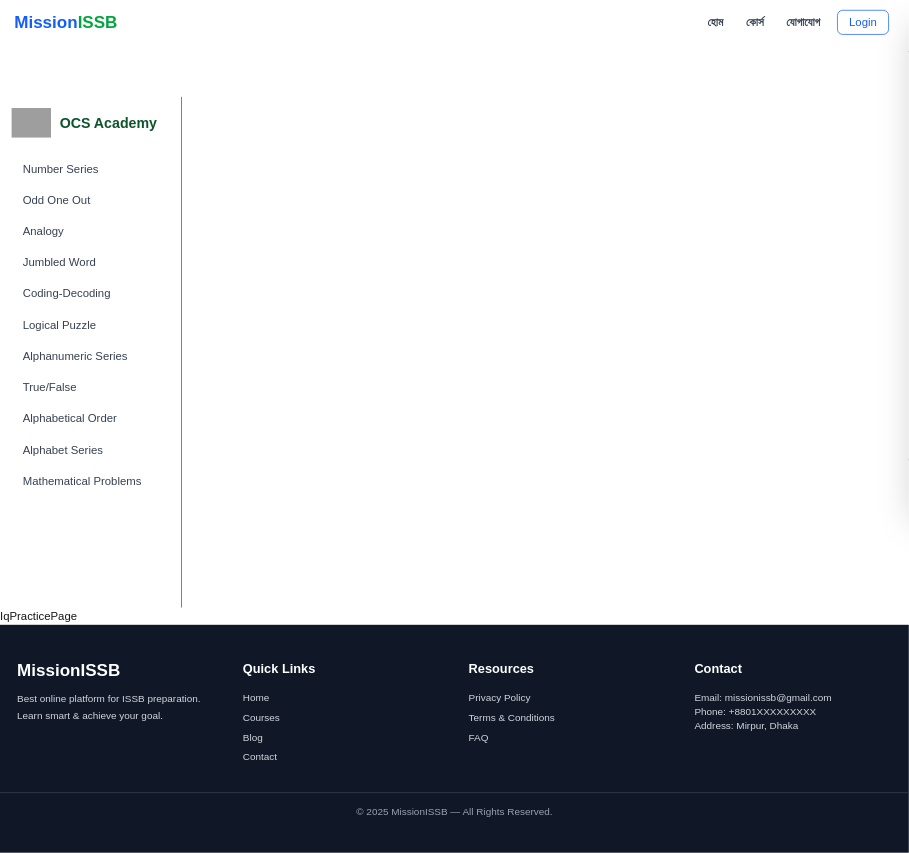
Repository: mdmuhibullahhabib/missionissb
Page: /issb/iq-practice
An editor plug-in stored every save of this project. The page is shown before and after a run of saves, followed by the edit.
The browser window is 1280 px wide. The pictures show the whole page, at 71% of full size.
Pictures or frames that could not be fetched are drawn as grey boxes. The page's requests for data from a server got no answer. The project was rebuilt for these pictures with package versions that can differ from the ones it lists, and the page was loaded fresh each time. The framework's server and built-in components were replaced by stand-ins that run in the browser. No one was signed in, and anything a server would have sent is missing. Also part of the build but not shown: next.config.mjs.

Above is the page before, as saved 2025-12-11 23:35:29.

### app/layout.js
import { Geist, Geist_Mono } from 'next/font/google'
import './globals.css'
import Footer from '@/components/shared/Footer'
import Navbar from '@/components/shared/Navbar'
import NextAuthProvider from './providers/NextAuthProvider'
import LayoutWrapper from '@/components/LayoutWrapper'

const geistSans = Geist({
  variable: '--font-geist-sans',
  subsets: ['latin']
})

const geistMono = Geist_Mono({
  variable: '--font-geist-mono',
  subsets: ['latin']
})

export const metadata = {
  title: 'Mission ISSB',
  description: 'Generated by create next app'
}

export default function RootLayout({ children }) {
  return (
    <html lang='en' suppressHydrationWarning={true}>
      <body
        className={`${geistSans.variable} ${geistMono.variable} antialiased`}
      >
        <NextAuthProvider>

                    <LayoutWrapper>{children}</LayoutWrapper>


          {/* <Navbar />

          {children}

          <Footer /> */}
        </NextAuthProvider>
      </body>
    </html>
  )
}

### app/issb/iq-practice/page.jsx
"use client";

import React from 'react'
import AsideMenu from './components/AsideMenu';

const IqPracticePage = () => {
  return (
    <div className='mt-34'>
        <AsideMenu/>
        IqPracticePage</div>
  )
}

export default IqPracticePage

### components/shared/Footer.jsx
"use client";
import Link from "next/link";

export default function Footer() {
  return (
    <footer className="bg-gray-900 text-gray-300 py-12">
      <div className="max-w-7xl mx-auto grid grid-cols-1 md:grid-cols-4 gap-10 px-6">

        {/* Column 1 */}
        <div>
          <h2 className="text-2xl font-bold text-white">MissionISSB</h2>
          <p className="mt-3 text-sm leading-6">
            Best online platform for ISSB preparation.
            Learn smart & achieve your goal.
          </p>
        </div>

        {/* Column 2 */}
        <div>
          <h3 className="text-lg font-semibold text-white mb-4">Quick Links</h3>
          <ul className="space-y-2 text-sm">
            <li><Link href="/" className="hover:text-white">Home</Link></li>
            <li><Link href="/courses" className="hover:text-white">Courses</Link></li>
            <li><Link href="/blog" className="hover:text-white">Blog</Link></li>
            <li><Link href="/contact" className="hover:text-white">Contact</Link></li>
          </ul>
        </div>

        {/* Column 3 */}
        <div>
          <h3 className="text-lg font-semibold text-white mb-4">Resources</h3>
          <ul className="space-y-2 text-sm">
            <li><Link href="/privacy" className="hover:text-white">Privacy Policy</Link></li>
            <li><Link href="/terms" className="hover:text-white">Terms & Conditions</Link></li>
            <li><Link href="/faq" className="hover:text-white">FAQ</Link></li>
          </ul>
        </div>

        {/* Column 4 */}
        <div>
          <h3 className="text-lg font-semibold text-white mb-4">Contact</h3>
          <p className="text-sm">Email: missionissb@gmail.com</p>
          <p className="text-sm">Phone: +8801XXXXXXXXX</p>
          <p className="text-sm">Address: Mirpur, Dhaka</p>
        </div>
      </div>

      <div className="mt-10 border-t border-gray-700 pt-4 text-center text-gray-400 text-sm">
        © {new Date().getFullYear()} MissionISSB — All Rights Reserved.
      </div>
    </footer>
  );
}

### components/shared/Navbar.jsx
"use client";
import { useState, useEffect } from "react";
import Link from "next/link";
import { FiMenu, FiX } from "react-icons/fi";
import { useSession } from "next-auth/react";
import { useRouter } from "next/navigation";
import DrawerMenu from "../user/UserDrawerMenu";


// Fake user data
const fakeUser = {
    name: "Muhibullah Habib",
    email: "muhib@example.com",
    avatar: "https://i.pravatar.cc/100?img=11",
    role: "admin",
};

export default function Navbar() {
    const [open, setOpen] = useState(false);
    const [scroll, setScroll] = useState(false);
    const router = useRouter();
        const [drawerOpen, setDrawerOpen] = useState(false);
    const [userDrawerOpen, setUserDrawerOpen] = useState(false);
    const { data: session, status } = useSession();
    console.log(session)
    console.log(status)

    // Scroll detection for shadow effect
    useEffect(() => {
        const handleScroll = () => {
            setScroll(window.scrollY > 10);
        };
        window.addEventListener("scroll", handleScroll);
        return () => window.removeEventListener("scroll", handleScroll);
    }, []);

    const navLinks = [
        { name: "হোম", href: "/" },
        { name: "কোর্স", href: "/courses" },
        { name: "যোগাযোগ", href: "/contact" },
    ];

    // User icon click
    const handleUserClick = () => {
        if (status == "authenticated") {
            setUserDrawerOpen(true);
        } else {
            router.push("/auth");
        }
    };

    return (
        <>
            <nav
                className={`w-full fixed top-0 z-50 transition-all ${scroll ? "bg-white shadow-md" : "bg-white"
                    }`}
            >
                <div className="max-w-7xl mx-auto px-5 py-3 flex justify-between items-center">

                    {/* Logo */}
                    <Link href="/" className="text-2xl font-bold text-blue-600">
                        Mission<span className="text-green-600">ISSB</span>
                    </Link>


                    {/* Auth Buttons */}
                    <div className="hidden items-center md:flex gap-4">
                        {/* Desktop Menu */}
                        <div className="hidden md:flex gap-8">
                            {navLinks.map((link) => (
                                <Link
                                    key={link.name}
                                    href={link.href}
                                    className="text-gray-700 font-semibold hover:text-blue-600 transition font-medium"
                                >
                                    {link.name}
                                </Link>
                            ))}
                        </div>

                        {/* User Icon */}
                        <button
                            onClick={handleUserClick}
                            className="p-2 rounded-full hover:bg-gray-100 transition duration-150"
                        >
                            {status == "authenticated" ? (
                                <img
                                    src={fakeUser?.avatar}
                                    alt="user"
                                    className="h-8 w-8 rounded-full border"
                                />
                            ) : (
                                <Link
                                    href="/auth"
                                    className="px-4 py-2 border border-blue-600 text-blue-600 rounded-lg hover:bg-blue-600 hover:text-white transition"
                                >
                                    Login
                                </Link>
                            )}
                        </button>
                    </div>

                    {/* Mobile Toggle */}
                    <button onClick={() => setOpen(!open)} className="md:hidden text-3xl">
                        {open ? <FiX /> : <FiMenu />}
                    </button>
                </div>

                {/* Mobile Menu */}
                <div
                    className={`md:hidden bg-white fixed top-[64px] left-0 w-full h-screen transition-all duration-300 ${open ? "translate-y-0 opacity-100" : "-translate-y-5 opacity-0 pointer-events-none"
                        }`}
                >
                    <div className="flex flex-col gap-6 px-6 py-6 text-lg">
                        {navLinks.map((link) => (
                            <Link
                                key={link.name}
                                href={link.href}
                                onClick={() => setOpen(false)}
                                className="text-gray-700 hover:text-blue-600"
                            >
                                {link.name}
                            </Link>
                        ))}

                        <hr />

                        <Link
                            href="/auth/login"
                            onClick={() => setOpen(false)}
                            className="text-blue-600 font-semibold"
                        >
                            Login
                        </Link>
                    </div>
                </div>
            </nav>

            <DrawerMenu
                isOpen={userDrawerOpen}
                onClose={() => setUserDrawerOpen(false)}
                // user={user}
            />
        </>
    );
}

### app/providers/NextAuthProvider.jsx
"use client"
import { SessionProvider } from 'next-auth/react'
import React from 'react'

const NextAuthProvider = ({ children }) => {
    return <SessionProvider>{children}</SessionProvider>
}

export default NextAuthProvider;

### components/LayoutWrapper.jsx
"use client";

import { usePathname } from "next/navigation";
import Navbar from "./shared/Navbar";
import Footer from "./shared/Footer";

export default function LayoutWrapper({ children }) {
  const pathname = usePathname();
  const isAdmin = pathname.startsWith("/admin");
  const isAuth = pathname.startsWith("/auth");

  return (
    <>
      {!isAdmin && !isAuth && <Navbar />}

      <main>{children}</main>

      {!isAdmin && !isAuth && <Footer />}
    </>
  );
}

### app/issb/iq-practice/components/AsideMenu.jsx
"use client";

import Link from "next/link";

export default function AsideMenu() {
  const menu = [
    "Number Series",
    "Odd One Out",
    "Analogy",
    "Jumbled Word",
    "Coding-Decoding",
    "Logical Puzzle",
    "Alphanumeric Series",
    "True/False",
    "Alphabetical Order",
    "Alphabet Series",
    "Mathematical Problems",
  ];

  return (
    <aside className="w-full md:w-64 bg-white border-r h-full md:h-screen p-4 overflow-y-auto sticky top-0">
      {/* Logo */}
      <div className="flex items-center gap-3 mb-6">
        <img src="/logo.png" alt="OCS Academy" className="w-14" />
        <h2 className="text-xl font-bold text-green-900">OCS Academy</h2>
      </div>

      {/* Menu */}
      <div className="space-y-1">
        {menu.map((item, idx) => (
          <Link
            key={idx}
            href={`/iq-practice/${item.toLowerCase().replace(/\s+/g, "-")}`}
            className="block px-4 py-2 rounded-lg text-gray-700 hover:bg-green-100 hover:text-green-700 transition"
          >
            {item}
          </Link>
        ))}
      </div>
    </aside>
  );
}

### components/user/UserDrawerMenu.jsx
"use client";

import { FiX, FiUser, FiShoppingBag, FiSettings, FiGrid, FiLogOut } from "react-icons/fi";
import { motion, AnimatePresence } from "framer-motion";
import Image from "next/image";
import { useRouter } from "next/navigation";
import { signOut, useSession } from "next-auth/react";
import Link from "next/link";

export default function DrawerMenu({ isOpen, onClose, user = {} }) {
  const router = useRouter();
  const { data: session, status } = useSession();
  console.log(session)

  const handleNavigate = (path) => {
    onClose();
    router.push(path);
  };

  const handleLogout = async () => {
    // You can replace with your logout logic
    console.log("User logged out");
    onClose();
    await signOut();
  };

  const isAdmin = user?.role === "admin";

  return (
    <>
      {/* Overlay */}
      <AnimatePresence>
        {isOpen && (
          <motion.div
            initial={{ opacity: 0 }}
            animate={{ opacity: 1 }}
            exit={{ opacity: 0 }}
            onClick={onClose}
            className="fixed inset-0 bg-black/30 backdrop-blur-sm z-40 cursor-pointer"
          />
        )}
      </AnimatePresence>

      {/* Drawer */}
      <motion.div
        initial={{ x: "100%" }}
        animate={{ x: isOpen ? 0 : "100%" }}
        exit={{ x: "100%" }}
        transition={{ type: "spring", stiffness: 100, damping: 20 }}
        className="fixed top-0 right-0 h-full w-80 sm:w-96 bg-white shadow-2xl z-50 flex flex-col"
      >
        {/* Header */}
        <div className="flex justify-between items-center p-4 border-b">
          <div className="flex items-center gap-3">
            <Image
              src={user?.photo || "https://i.ibb.co/5j9n3yH/default-avatar.png"}
              width={40}
              height={40}
              alt="User avatar"
              className="rounded-full object-cover"
            />
            <div>
              <p className="font-semibold text-gray-800">
                {user?.name || "Guest User"}
              </p>
              <p className="text-xs text-gray-500">
                {isAdmin ? "Administrator" : "Regular User"}
              </p>
            </div>
          </div>
          <button onClick={onClose} className="text-gray-600 hover:text-red-500">
            <FiX className="h-6 w-6" />
          </button>
        </div>

        {/* Menu Items */}
        <div className="flex-1 overflow-y-auto p-5 space-y-4 text-gray-700">
          <button
            onClick={() => handleNavigate("/profile")}
            className="flex items-center gap-3 w-full p-3 rounded-xl hover:bg-gray-100 transition"
          >
            <FiUser className="text-red-500" />
            <span>My Profile</span>
          </button>

          <Link
            href={"/mycourse"}
            // onClick={() => handleNavigate("/mycourse")}
            className="flex items-center gap-3 w-full p-3 rounded-xl hover:bg-gray-100 transition"
          >
            <FiShoppingBag className="text-red-500" />
            <span>My Courses</span>
          </Link>

          <Link
            href={"/admin/dashboard"}
            // onClick={() => handleNavigate("/mycourse")}
            className="flex items-center gap-3 w-full p-3 rounded-xl hover:bg-gray-100 transition"
          >
            <FiShoppingBag className="text-red-500" />
            <span>Admin Dashboard</span>
          </Link>

          {isAdmin && (
            <button
              onClick={() => handleNavigate("/admin/dashboard")}
              className="flex items-center gap-3 w-full p-3 rounded-xl hover:bg-gray-100 transition"
            >
              <FiGrid className="text-red-500" />
              <span>Admin Dashboard</span>
            </button>
          )}
        </div>

        {/* Footer */}
        <div className="border-t p-4">
          <button
            onClick={handleLogout}
            className="flex items-center justify-center gap-2 w-full py-2 bg-red-600 text-white font-medium rounded-xl hover:bg-red-700 transition"
          >
            <FiLogOut />
            Logout
          </button>
        </div>
      </motion.div>
    </>
  );
}

### app/issb/iq-practice/components/PracticeQuestions.jsx
"use client";

import { useState } from "react";

export default function PracticeQuestions() {
  const [showExplanation, setShowExplanation] = useState(false);

  return (
    <div className="flex-1 p-4 md:p-10">

      {/* Header */}
      <h1 className="text-3xl font-bold text-gray-800">Practice Questions</h1>
      <p className="text-gray-600 mt-1 text-sm">
        We sell dreams, emotions — not just courses!
      </p>

      {/* Filters */}
      <div className="mt-6 bg-white p-4 rounded-xl shadow-sm border flex flex-col md:flex-row gap-4">
        {/* Exam Type */}
        <div>
          <label className="text-gray-600 text-sm">Exam Type</label>
          <select className="mt-1 border px-3 py-2 rounded-lg w-full">
            <option>Verbal</option>
          </select>
        </div>

        {/* Category */}
        <div>
          <label className="text-gray-600 text-sm">Question Category</label>
          <select className="mt-1 border px-3 py-2 rounded-lg w-full">
            <option>Number Series</option>
          </select>
        </div>

        {/* Difficulty */}
        <div className="flex items-end gap-2">
          <button className="px-4 py-2 rounded-lg bg-green-100 text-green-700 font-medium">
            All
          </button>
          <button className="px-4 py-2 rounded-lg bg-gray-100">Easy</button>
          <button className="px-4 py-2 rounded-lg bg-gray-100">Medium</button>
          <button className="px-4 py-2 rounded-lg bg-gray-100">Hard</button>
        </div>
      </div>

      {/* Count */}
      <p className="mt-5 text-gray-600 text-sm">৯০ টি Verbal-Number Series পাওয়া গিয়েছে।</p>

      {/* Question Card */}
      <div className="mt-4 bg-white border p-6 rounded-xl shadow-sm">
        <h3 className="font-semibold text-lg">
          1. Find the next: 10, 30, 68, 130, ?, ?
        </h3>

        {/* Options */}
        <div className="mt-4 grid grid-cols-1 md:grid-cols-2 gap-3">
          {["150, 190", "222, 350", "165, 190", "225, 350", "200, 350"].map(
            (opt, i) => (
              <div
                key={i}
                className={`px-4 py-3 rounded-lg border bg-gray-50 hover:bg-gray-100 cursor-pointer`}
              >
                {String.fromCharCode(65 + i)}. {opt}
              </div>
            )
          )}
        </div>

        {/* Explanation */}
        <button
          onClick={() => setShowExplanation(!showExplanation)}
          className="mt-5 px-5 py-2 border border-green-600 text-green-700 rounded-lg hover:bg-green-50"
        >
          Show Explanation
        </button>

        {showExplanation && (
          <p className="mt-3 text-gray-700">
            Explanation will go here...
          </p>
        )}
      </div>
    </div>
  );
}

Loaded but not shown: app/globals.css (common file)

After the next 6 saves:
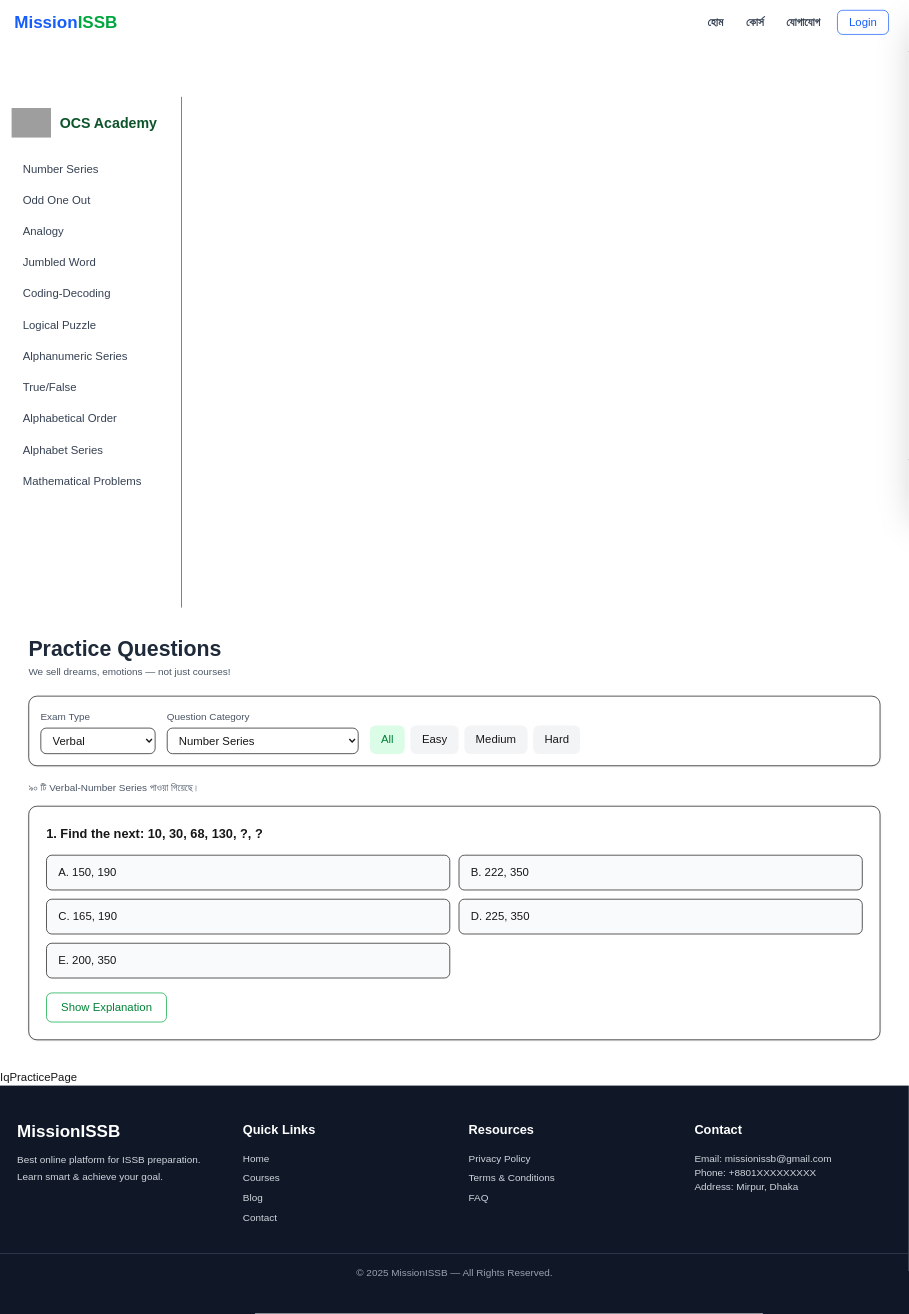
The 6 saves are shown as one change because 1 did not build or start and some came seconds apart.
The last was saved 2 min 47 s later.
--- a/app/issb/iq-practice/page.jsx
+++ b/app/issb/iq-practice/page.jsx
@@ -2,11 +2,13 @@
 
 import React from 'react'
 import AsideMenu from './components/AsideMenu';
+import PracticeQuestions from './components/PracticeQuestions';
 
 const IqPracticePage = () => {
   return (
     <div className='mt-34'>
         <AsideMenu/>
+        <PracticeQuestions/>
         IqPracticePage</div>
   )
 }
